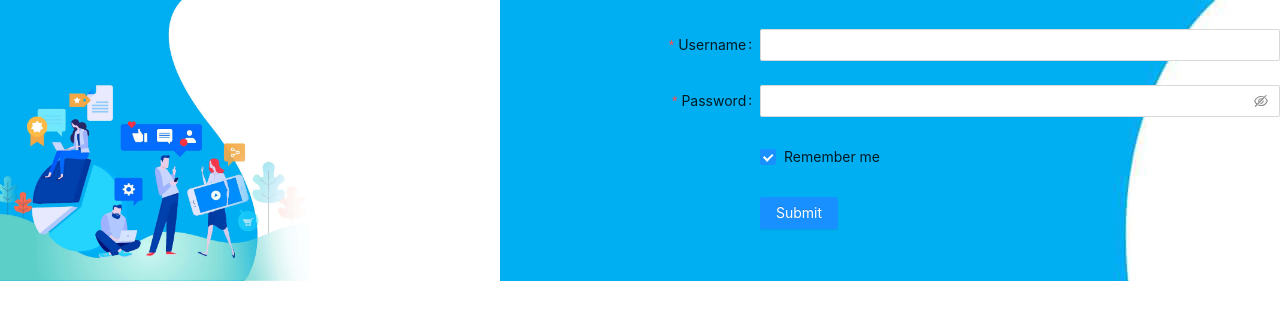
Repository: DallenCat/react-test
Page: /login
These files come from the project's save history. The page is drawn as it stood at one moment and after the next save; the edit follows.
The browser window is 1280 px wide. The pictures show the whole page.
The project was rebuilt for these pictures with package versions that can differ from the ones it lists, and the page was loaded fresh each time. Also part of the build but not shown: src/containers/dashboard/index.js, src/containers/personal/index.js, src/components/layout/index.css, src/components/layout/sider/menu.js, src/components/layout/sider/logo.js, src/components/layout/sider/index.js, src/components/layout/index.js.

Above is the page before, as saved 2021-10-29 17:26:32.

### src/index.js
/*
 * @Descripttion:
 * @version:
 * @Author: dal
 * @Date: 2021-10-26 17:14:54
 * @LastEditors: dal
 * @LastEditTime: 2021-10-28 17:36:55
 */
import React from 'react';
import ReactDOM from 'react-dom';
import './index.css';
import App from './App';
import reportWebVitals from './reportWebVitals';
import { Provider } from "react-redux"
import store from "./store"

ReactDOM.render(
  <Provider store={store}>
    <App />
  </Provider>,
  document.getElementById('root')
);

// If you want to start measuring performance in your app, pass a function
// to log results (for example: reportWebVitals(console.log))
// or send to an analytics endpoint. Learn more: https://bit.ly/CRA-vitals
reportWebVitals();

### src/App.js
/*
 * @Descripttion:
 * @version:
 * @Author: dal
 * @Date: 2021-10-26 17:14:54
 * @LastEditors: dal
 * @LastEditTime: 2021-10-29 16:36:06
 */

import './App.css';
import Routes from './routes';
import { BrowserRouter as Router, Switch, Route } from 'react-router-dom';
import SiderDemo from "@/components/layout/index.js"
import { Component } from 'react';
class App extends Component {
  render() {
    let staticPage = ['/login'] //不需要左侧导航的页面
    let LayoutRouter = (props) => {
      if (staticPage.includes(props.location.pathname)) {
        return (
          <Routes />
        )
      } else {
        return (
          <SiderDemo>
            <Routes />
          </SiderDemo>
        )
      }
    }
    return (
      <Router>
        <Switch>
          <Route path="/" component={LayoutRouter} />
        </Switch>
      </Router>
    )
  }

}
// render(<Router routes={routes} />, document.body)
export default App;

### src/store/index.js
/*
 * @Descripttion:
 * @version:
 * @Author: dal
 * @Date: 2021-10-28 17:32:00
 * @LastEditors: dal
 * @LastEditTime: 2021-10-29 15:12:22
 */
import { configureStore } from '@reduxjs/toolkit'

import counterReducer from '@/reducers/counterReducer'
import menuReducer from '@/reducers/menuReducer'

export default configureStore({
  reducer: {
    counter: counterReducer,
    menu: menuReducer
  }
})

### src/App.css
@import '~antd/dist/antd.css';

.App {
  text-align: center;
}

.App-logo {
  height: 40vmin;
  pointer-events: none;
}

@media (prefers-reduced-motion: no-preference) {
  .App-logo {
    animation: App-logo-spin infinite 20s linear;
  }
}

.App-header {
  background-color: #282c34;
  min-height: 100vh;
  display: flex;
  flex-direction: column;
  align-items: center;
  justify-content: center;
  font-size: calc(10px + 2vmin);
  color: white;
}

.App-link {
  color: #61dafb;
}

@keyframes App-logo-spin {
  from {
    transform: rotate(0deg);
  }

  to {
    transform: rotate(360deg);
  }
}

### src/routes/index.js
/*
 * @Descripttion:
 * @version:
 * @Author: dal
 * @Date: 2021-10-26 17:34:53
 * @LastEditors: dal
 * @LastEditTime: 2021-10-29 16:08:19
 */
import Login from "@/containers/login"
import Dashboard from "@/containers/dashboard"
import Personal from "@/containers/personal"
import { Route, Switch, withRouter } from 'react-router-dom';

const routes = () => {
  return (
    <Switch>
      <Route exact path={"/login"} component={Login} />
      <Route exact path={"/dashboard"} component={Dashboard} />
      <Route exact path={"/personal"} component={Personal} />

    </Switch>
  )
}
export default withRouter(routes)

### src/reducers/counterReducer.js
/*
 * @Descripttion:
 * @version:
 * @Author: dal
 * @Date: 2021-10-28 17:35:16
 * @LastEditors: dal
 * @LastEditTime: 2021-10-29 14:37:24
 */
import { createSlice } from '@reduxjs/toolkit'

export const counterSlice = createSlice({
  name: 'counter',
  initialState: {
    value: 0
  },
  reducers: {
    increment: state => {
      // Redux Toolkit allows us to write "mutating" logic in reducers. It
      // doesn't actually mutate the state because it uses the immer library,
      // which detects changes to a "draft state" and produces a brand new
      // immutable state based off those changes
      state.value += 1
    },
    decrement: state => {
      state.value -= 1
    },
    incrementByAmount: (state, action) => {
      state.value += action.payload
    }
  }
})

export const { increment, decrement, incrementByAmount } = counterSlice.actions
export const selectCount = state => state.counter.value
export default counterSlice.reducer

### src/reducers/menuReducer.js
/*
 * @Descripttion:
 * @version:
 * @Author: dal
 * @Date: 2021-10-29 14:58:26
 * @LastEditors: dal
 * @LastEditTime: 2021-10-29 15:12:01
 */
import { createSlice } from "@reduxjs/toolkit"

export const menuSlice = createSlice({
  name: "menu",
  initialState: {
    value: []
  },
  reducers: {
    setMenu: (state, action) => {
      state.value = action.payload
    }
  }
})
export const { setMenu } = menuSlice.actions
export const getMenu = state => state.menu.value
export default menuSlice.reducer

### src/containers/login/index.js
/*
 * @Descripttion:
 * @version:
 * @Author: dal
 * @Date: 2021-10-29 15:24:14
 * @LastEditors: dal
 * @LastEditTime: 2021-10-29 17:16:47
 */
import { Component } from "react";
import { Form, Input, Button, Checkbox } from 'antd';
import bgImg from "@/assets/images/login-background.jpg"
import "./login.scss"

export function LoginForm(props) {

  const onFinish = (values) => {
    console.log('Success:', values);
  };

  const onFinishFailed = (errorInfo) => {
    console.log('Failed:', errorInfo);
  };
  return (
    <Form
      name="basic"
      labelCol={{ span: 8, }}
      wrapperCol={{ span: 16, }}
      initialValues={{ remember: true, }}
      onFinish={onFinish}
      onFinishFailed={onFinishFailed}
      autoComplete="off"
    >
      <Form.Item
        label="Username"
        name="username"
        rules={[
          {
            required: true,
            message: '请输入用户名',
          },
        ]}
      >
        <Input />
      </Form.Item>

      <Form.Item
        label="Password"
        name="password"
        rules={[
          {
            required: true,
            message: '请输入密码',
          },
        ]}
      >
        <Input.Password />
      </Form.Item>

      <Form.Item
        name="remember"
        valuePropName="checked"
        wrapperCol={{
          offset: 8,
          span: 16,
        }}
      >
        <Checkbox>Remember me</Checkbox>
      </Form.Item>

      <Form.Item
        wrapperCol={{
          offset: 8,
          span: 16,
        }}
      >
        <Button type="primary" htmlType="submit">
          Submit
        </Button>
      </Form.Item>
    </Form>
  );

}
//这边只有子组件内部的数据流向
//子组件与父组件怎么通信？
class LOGIN extends Component {
  render(h) {
    return (
      <div>
        <div className="bg">
          <img alt="bg-img" className="bg-img" src={bgImg}></img>
          <div className="form">
            <LoginForm></LoginForm>
          </div>
        </div>
      </div>
    )
  }
}
export default LOGIN

### src/containers/login/login.scss
.bg {
  width: 100%;
  height: 100%;
  display: flex;
  align-items: center;
  background-image: url('~@/assets/images/login-background.jpg');
}

.bg-img {
  width: 500px;
}

.form {
  flex: 1;
}

Loaded but not shown: public/index.html (common file); src/index.css (common file); src/reportWebVitals.js (common file)

After the next save:
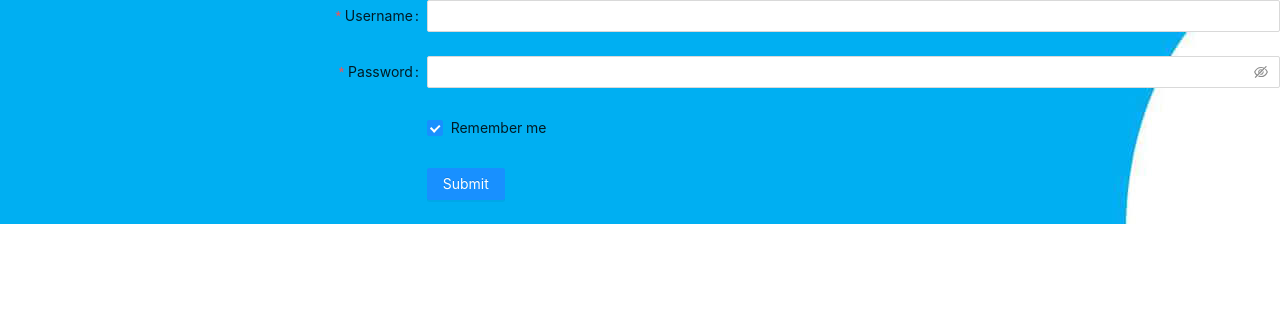
Saved 18 s later.
--- a/src/containers/login/index.js
+++ b/src/containers/login/index.js
@@ -4,7 +4,7 @@
  * @Author: dal
  * @Date: 2021-10-29 15:24:14
  * @LastEditors: dal
- * @LastEditTime: 2021-10-29 17:16:47
+ * @LastEditTime: 2021-10-29 17:26:49
  */
 import { Component } from "react";
 import { Form, Input, Button, Checkbox } from 'antd';
@@ -88,7 +88,6 @@ class LOGIN extends Component {
     return (
       <div>
         <div className="bg">
-          <img alt="bg-img" className="bg-img" src={bgImg}></img>
           <div className="form">
             <LoginForm></LoginForm>
           </div>
